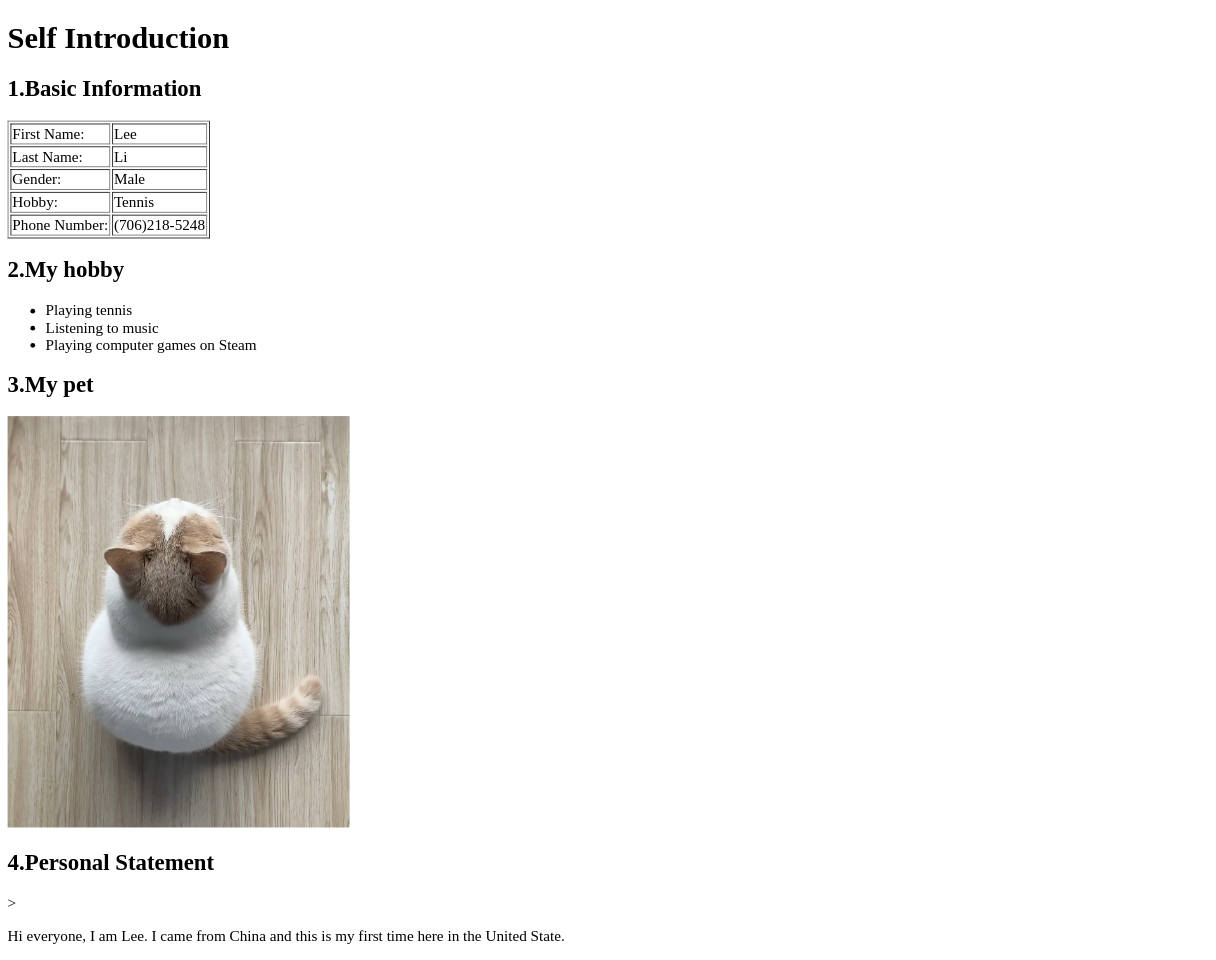
Repository: RigelLM/Java-Learning
Page: HomePage/public/Index.html
The author's editor kept a copy of each file at every save. The page is drawn from the files as they stood at one save, then again after the next save.
The browser window is 1280 px wide. The pictures show the whole page, at 95% of full size.

Above is the page before, as saved 2023-01-17 17:26:45.

### HomePage/public/Index.html
<?xml version="1.0" encoding="UTF-8" ?>
<!DOCTYPE html PUBLIC "-//W3C//DTD XHTML 1.0 Strict//EN" "http://www.w3.org/TR/xhtml1/DTD/xhtml1-strict.dtd">
<html xmlns="http://www.w3.org/1999/xhtml">
<head>
<meta http-equiv="Content-Type" content="text/html; charset=UTF-8" />



<title>Personal Information</title>
</head>
<body>
<h1>Self Introduction</h1>
<h2>1.Basic Information</h2>
<table border="1">
    <tr>
        <td>First Name:</td><td>Lee</td>
    </tr>
    <tr>
        <td>Last Name:</td><td>Li</td>
    </tr>
    <tr>
        <td>Gender:</td><td>Male</td>
    </tr>
    <tr>
        <td>Hobby:</td><td>Tennis</td>
    </tr>
    <tr>
        <td>Phone Number:</td><td>(706)218-5248</td>
    </tr>
</table>
<h2>2.My hobby</h2>
<ul>
<li>Playing tennis</li>
<li>Listening to music</li>
<li>Playing computer games on Steam</li>
</ul>
<h2>3.My pet</h2>
<img src="cat.jpg" alt="My Cat" width="360" height="433">
<h2>4.Personal Statement</h2>>
<p>Hi everyone, I am Lee. I came from China and this is my first time here in the United State.</p>
</body>
</html>

After the next save:
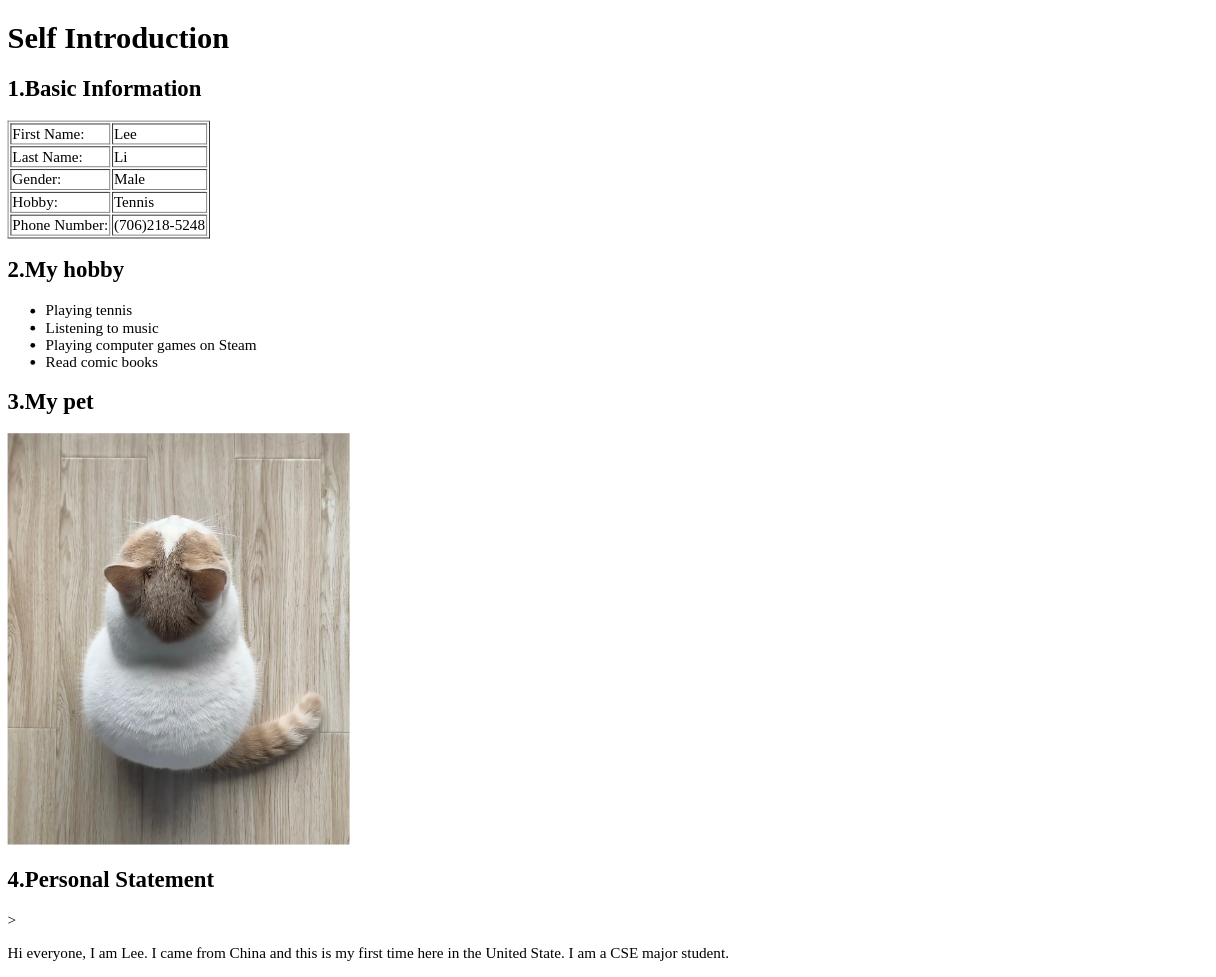
Saved 58 s later.
--- a/HomePage/public/Index.html
+++ b/HomePage/public/Index.html
@@ -33,10 +33,11 @@
 <li>Playing tennis</li>
 <li>Listening to music</li>
 <li>Playing computer games on Steam</li>
+<li>Read comic books</li>
 </ul>
 <h2>3.My pet</h2>
 <img src="cat.jpg" alt="My Cat" width="360" height="433">
 <h2>4.Personal Statement</h2>>
-<p>Hi everyone, I am Lee. I came from China and this is my first time here in the United State.</p>
+<p>Hi everyone, I am Lee. I came from China and this is my first time here in the United State. I am a CSE major student.</p>
 </body>
 </html>
